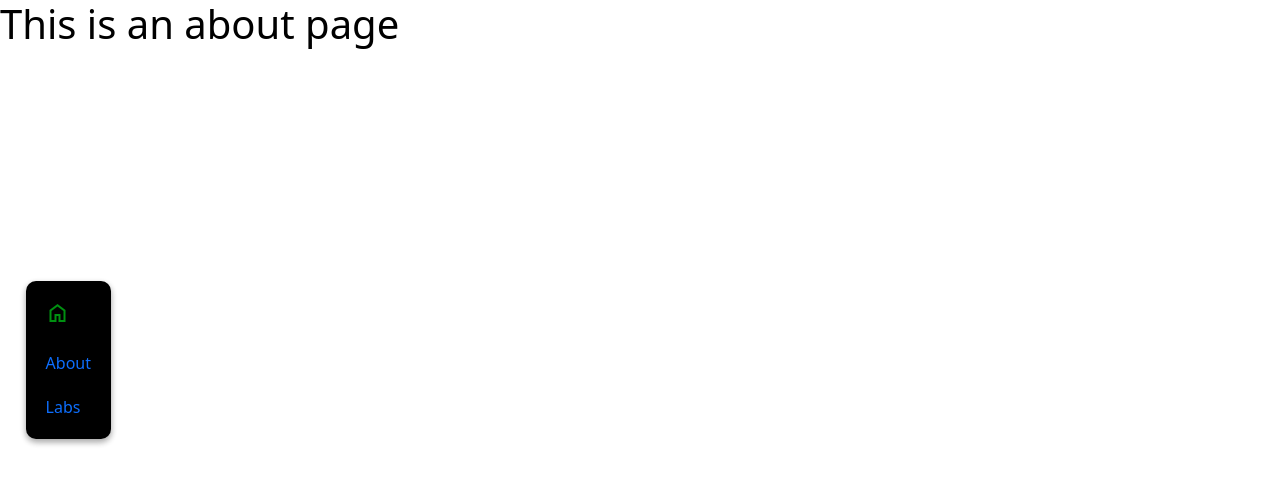
Repository: tuankiet10920/homeworkFEF
Page: /about
The author's editor kept a copy of each file at every save. The page is drawn from the files as they stood at one save, then again after the next save.
The browser window is 1280 px wide. The pictures show the whole page.
The project was rebuilt for these pictures with package versions that can differ from the ones it lists, and the page was loaded fresh each time. Also part of the build but not shown: vite.config.js, src/components/HelloWorld.vue, src/Labs/Lab1/Bai2.vue, src/views/HomeView.vue.

Above is the page before, as saved 2024-10-22 14:53:25.

After the next save:
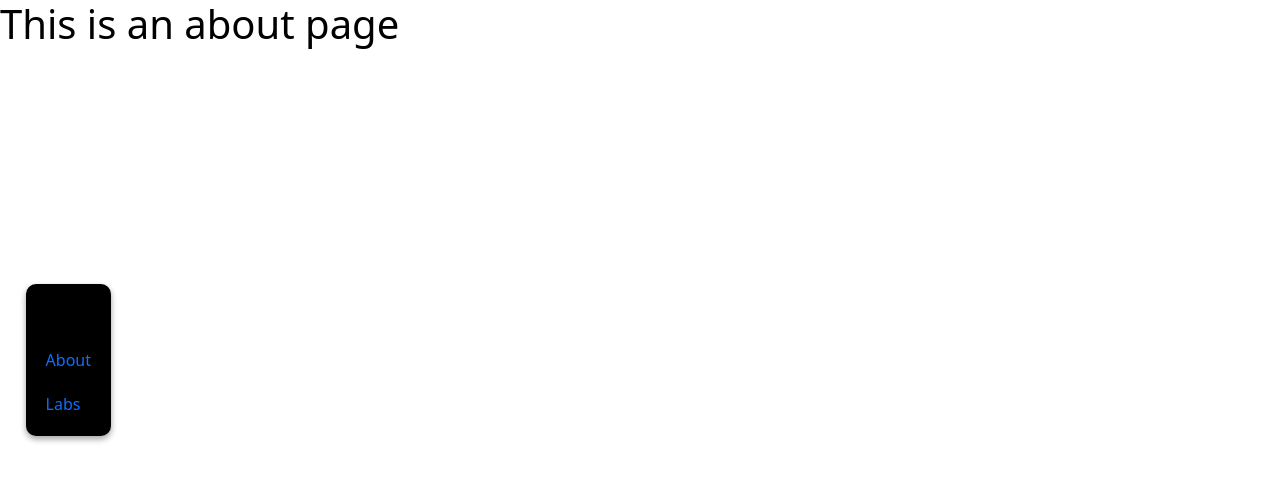
Saved 41 s later.
--- a/src/App.vue
+++ b/src/App.vue
@@ -9,7 +9,7 @@ import Icon from './components/Icon.vue'
     <div class="wrapper">
       <nav>
         <RouterLink to="/">
-          <span class="material-symbols-outlined"> home </span>
+          <Icon :iconName="home" />
         </RouterLink>
         <RouterLink to="/about">About</RouterLink>
         <RouterLink to="/labs">Labs</RouterLink>

After the save that followed:
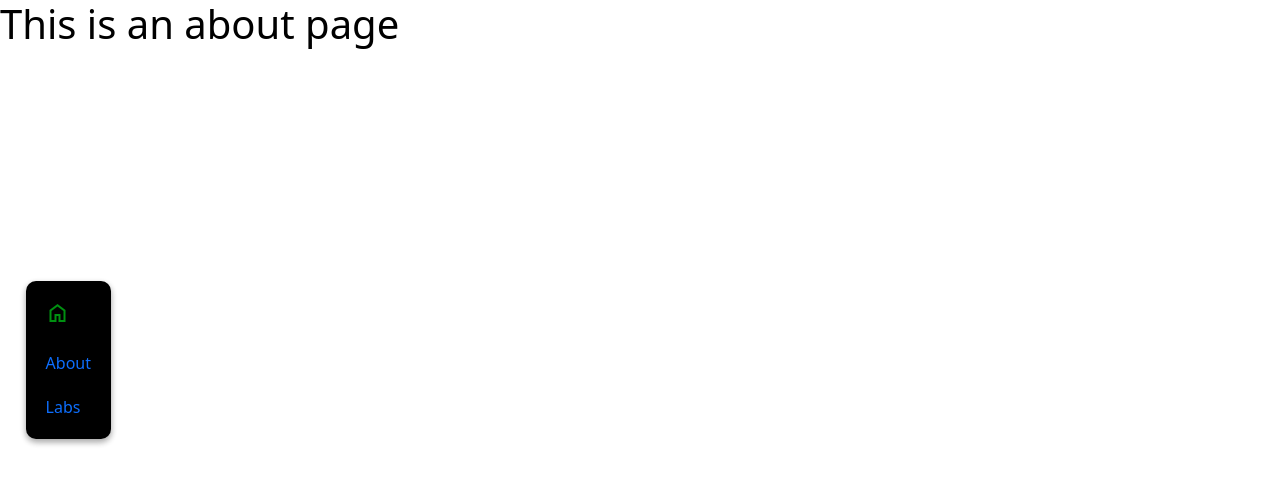
Saved 9 s later.
--- a/src/App.vue
+++ b/src/App.vue
@@ -9,7 +9,7 @@ import Icon from './components/Icon.vue'
     <div class="wrapper">
       <nav>
         <RouterLink to="/">
-          <Icon :iconName="home" />
+          <Icon iconName="home" />
         </RouterLink>
         <RouterLink to="/about">About</RouterLink>
         <RouterLink to="/labs">Labs</RouterLink>
